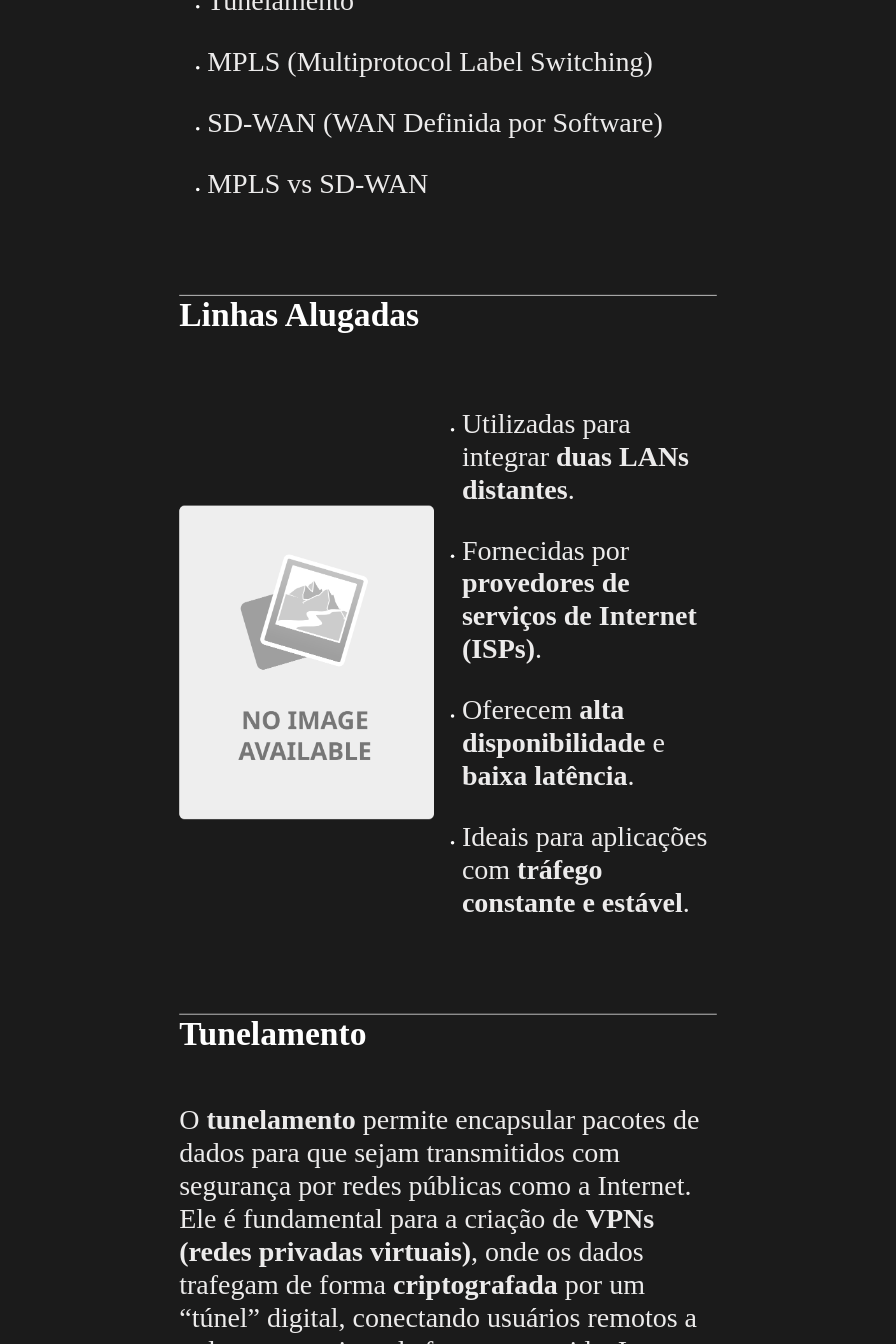
Repository: rafafbd/Site-sobre-redes-remotas
Page: Code/index.html
An editor plug-in stored every save of this project. The page is shown before and after the next save, followed by the edit.
The browser window is 1280 px wide. The pictures show the part of the page from y = 2755 to 4675 px (the page is 7096 px tall before and 7009 px after), at 70% of full size.

Above is the page before, as saved 2025-05-27 08:04:26.

### Code/index.html
<!DOCTYPE html>
<html lang="en">

<head>
    <meta charset="UTF-8">
    <meta name="viewport" content="width=device-width, initial-scale=1.0">
    <title>Redes remotas</title>
    <link rel="stylesheet" href="index.css">
</head>
<body>
    <header class="flex-space" id="header">
        <div class="flex-space gap logos">
            <a href="https://unicamp.br/"><img src="/Assets/image.png" alt="" class="logo"></a>
            <a href="https://cotuca.unicamp.br/"><img src="/Assets/logo-cotuca.png" alt="" class="logo"></a>
        </div>
        <p class="titulo-principal central">Redes remotas</p>
        <div class="flex-space meio gap nav">
            <a href="#header" class="aHead">Geral</a>
            <a href="" class="aHead">Protocolos</a>
            <a href="caboInt.html" class="aHead">Cabos Intercontinentais</a>
        </div>
    </header>
    <main class="centro">

        <div class="full-content centro">
            <h1 class="titulo">Introdução</h1>
        </div>
        <!-- Introdução -->
        <div class="full-content">
            <h1 class="subtitulo">O que são redes remotas?</h1>
        </div>
        <div class="centro">
            <p class="full-content texto">Redes Remotas referem-se à capacidade de conectar dispositivos e sistemas que
                estão fisicamente distantes entre si, permitindo comunicação e acesso a recursos como se estivessem na
                mesma rede local (LAN).</p>
            <img src="/Assets/placeholder.png" alt="" class="full-content imagem">
        </div>

        <!-- Objetivos -->
        <div class="full-content">
            <h1 class="subtitulo">Objetivos</h1>
        </div>
        <p class="full-content texto">As WANs tem como objetivo garantir, entre localidades distintas:</p>
        <div class="full-content flex-space padCima">
            <img src="/Assets/placeholder.png" alt="" class="imagem">
            <ul class="lista">
                <li>
                    <p class="texto">conectividade</p>
                </li>
                <li>
                    <p class="texto">acessibilidade</p>
                </li>
                <li>
                    <p class="texto">continuidade de serviços</p>
                </li>
            </ul>
        </div>


        <!-- Importância -->
        <div class="full-content">
            <div>
                <h1 class="subtitulo">Importância</h1>
            </div>
            <ul class="lista">
                <li>
                    <p class="texto">Governamental</p>
                </li>
                <li>
                    <p class="texto">Empresarial</p>
                </li>
                <li>
                    <p class="texto">Individual</p>
                </li>
            </ul>
        </div>

        <!-- Modos de conexão -->
        <div class="full-content centro">
            <h1 class="titulo">Modos de conexão</h1>
        </div>

        <div class="full-content flex-space padCima">
            <ul class="lista">
                <li><p class="texto">Linhas Alugadas</p></li>
                <li><p class="texto">Tunelamento</p></li>
                <li><p class="texto">MPLS (Multiprotocol Label Switching)</span></p></li>
                <li><p class="texto">SD-WAN (WAN Definida por Software)</span></p></li>
                <li><p class="texto">MPLS vs SD-WAN</p></li>
            </ul>
        </div>

        <div class="full-content">
            <h1 class="subtitulo">Linhas Alugadas</h1>
        </div>
        <div class="full-content flex-space padCima">
            <img src="/Assets/placeholder.png" alt="" class="imagem">
            <ul class="lista">
                <li><p class="texto">Utilizadas para integrar <span>duas LANs distantes</span>.</p></li>
                <li><p class="texto">Fornecidas por <span>provedores de serviços de Internet (ISPs)</span>.</p></li>
                <li><p class="texto">Oferecem <span>alta disponibilidade</span> e <span>baixa latência</span>.</p></li>
                <li><p class="texto">Ideais para aplicações com <span>tráfego constante e estável</span>.</p></li>
            </ul>
        </div>

        <div class="full-content">
            <h1 class="subtitulo">Tunelamento</h1>
        </div>
        <div class="centro">
            <p class="full-content texto">
                O <span>tunelamento</span> permite encapsular pacotes de dados para que sejam transmitidos com segurança
                por redes públicas como a Internet. Ele é fundamental para a criação de <span>VPNs (redes privadas
                    virtuais)</span>, onde os dados trafegam de forma <span>criptografada</span> por um “túnel” digital,
                conectando usuários remotos a redes corporativas de forma protegida. Isso assegura <span>privacidade,
                    integridade</span> e acesso seguro a recursos internos.
            </p>
            <img src="/Assets/placeholder.png" alt="" class="full-content imagem">
        </div>

        <div class="full-content">
            <h1 class="subtitulo">MPLS (Multiprotocol Label Switching)</h1>
        </div>
        <div class="centro">
            <p class="full-content texto">
                O <span>MPLS</span> usa rótulos para direcionar dados rapidamente entre pontos da rede. Opera entre as camadas 2 e 3 do modelo OSI e pode ser usado com <span>ethernet, ATM, frame relay</span> ou <span>IPv6</span>.
            </p>
        </div>

        <div class="full-content">
            <h1 class="subtitulo">SD-WAN (WAN Definida por Software)</h1>
        </div>
        <div class="centro">
            <p class="full-content texto">
                A <span>SD-WAN</span> é uma abordagem moderna que passa o controle da rede para uma
                <span>camada de software</span>. Ao <span>utilizar conexões de Internet</span> convencionais e estáveis, ela oferece
                uma alternativa mais <span>flexível</span> e econômica ao MPLS, que depende de hardware. A SD-WAN permite configurar e otimizar o
                tráfego entre filiais, data centers e a nuvem, com foco em agilidade, segurança e <span>redução de custos</span>.
                Mesmo assim, a SD-WAN pode usar aproveitar e usar o MPLS.
            </p>
            <img src="/Assets/placeholder.png" alt="" class="full-content imagem">
        </div>

    </main>
</body>

</html>

### Code/index.css

:root{
    --branco: #ffffff;
    --bracoc: #ecebeb;
    --pastel: #f3ffb0;
    --pretoEsc: #0a0a0a;
    --pretoCla: #1b1b1b ;
}

body{
    margin: 0;
}

.flex-space{
    display: flex;
    justify-content: space-between;
    align-items: center;
}

.gap{
    gap: 1rem;
}

.central{
    position: absolute;
    left: 50%;
    transform: translateX(-50%);
}

.centro{
    display: flex;
    justify-content: center;
    flex-wrap: wrap;
}

.meio{
    display: flex;
    align-items: center;
}

.full-content{
    width: 60%;
}

.padCima{
    padding-top: 1rem;
}

.imagem{
    height: 28rem;
}

.titulo{
    color: var(--pastel);
    font-size: 4rem;
    font-weight: bolder;
}

.subtitulo{
    color: var(--branco);
    font-size: 3rem;
    font-weight: bold;
    border-top: solid 0.1rem var(--branco);
    margin-top: 5rem;
}

.titulo-principal{
    color: var(--branco);
    font-size: 4.5rem;
}

.texto{
    color: var(--bracoc);
    font-size: 2.5rem;
}

span{
    /* text-decoration: underline; */
    font-weight: bold;
}

.lista{
    list-style-type: disc;
}

.lista li::marker{
    color: var(--branco);
}

header{
    position: fixed;
    width: 100%;
    background-color: var(--pretoEsc);
    margin-bottom: 1rem;
}

.logos{
    margin-left: 2rem;
}

.logo{
    height: 5rem;
}

.nav{
    margin-right: 2rem;
}

.aHead{
    color: var(--branco);
    text-decoration: none;
    font-size: 1.5rem;
}

main{
    padding-top: 5rem;
    background-color: var(--pretoCla);
    flex-direction: column;
    align-items: center;
}

After the next save:
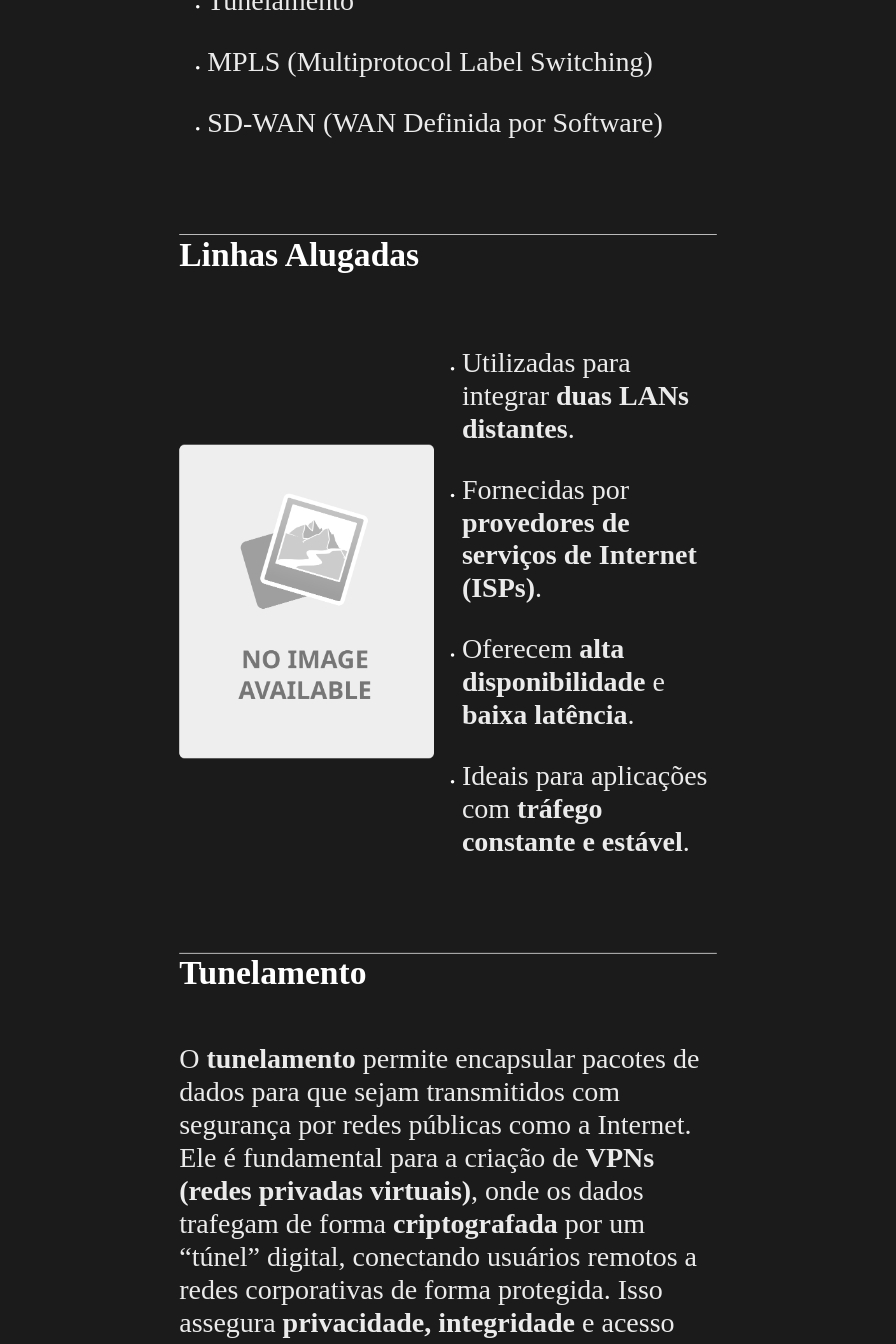
Saved 13 s later.
--- a/Code/index.html
+++ b/Code/index.html
@@ -86,7 +86,6 @@
                 <li><p class="texto">Tunelamento</p></li>
                 <li><p class="texto">MPLS (Multiprotocol Label Switching)</span></p></li>
                 <li><p class="texto">SD-WAN (WAN Definida por Software)</span></p></li>
-                <li><p class="texto">MPLS vs SD-WAN</p></li>
             </ul>
         </div>
 
